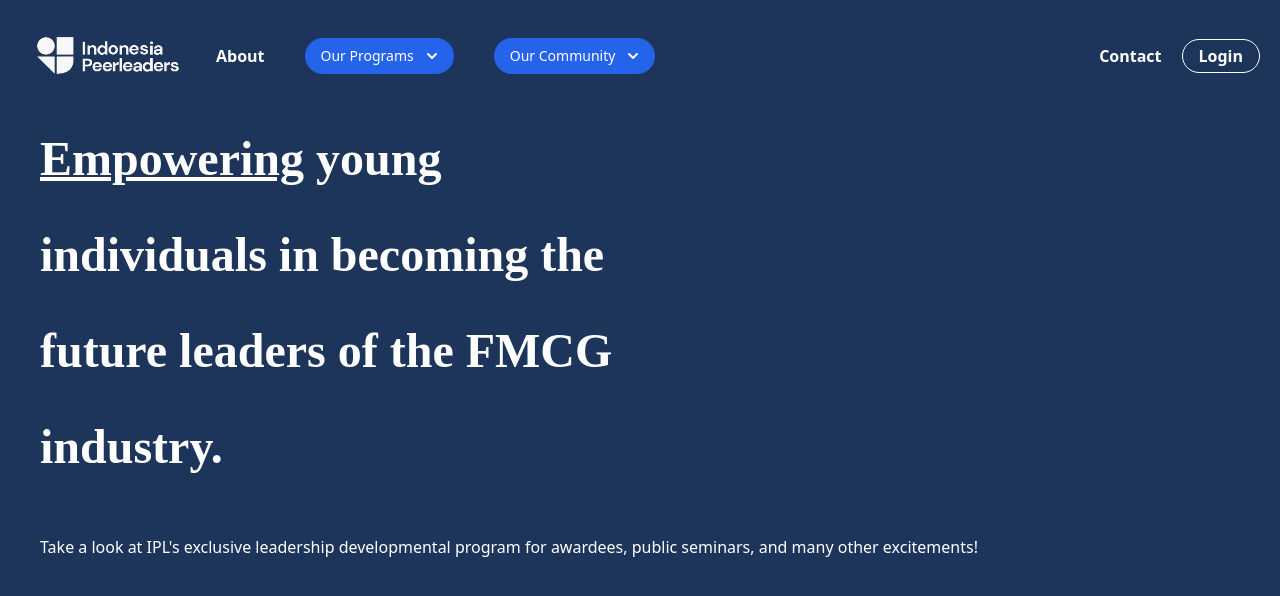
Repository: Delos-343/IPL-Website-Dev
Page: /
These files come from the project's save history. The page is drawn as it stood at one moment and after the next save; the edit follows.
The browser window is 1280 px wide. The pictures show the whole page.
The project was rebuilt for these pictures with package versions that can differ from the ones it lists, and the page was loaded fresh each time. The framework's server and built-in components were replaced by stand-ins that run in the browser. Also part of the build but not shown: next.config.js.

Above is the page before, as saved 2022-04-25 17:21:58.

### pages/index.tsx
import type { NextPage } from 'next'
import Head from 'next/head'
import Ellipse from '../components/Ellipse'
import Header from '../components/Header'
import Hero from '../components/Hero'

const Home: NextPage = () => {
  return (
    <div className="bg-[#1e355b] w-full h-screen">
      <Head>
        <title>IPL | Indonesia Peerleaders</title>
        <link rel="icon" href="/logo-title.png" />
      </Head>

      {/* Fill with components or routes here */}
      <Header />
      <Hero />

    </div>
  )
}

export default Home

### styles/globals.css
@tailwind base;
@tailwind components;
@tailwind utilities;

@import url('https://fonts.googleapis.com/css2?family=Poppins:wght@200;300;400;500;600;700&display=swap');
@import url('https://fonts.googleapis.com/css2?family=Montserrat:wght@200;300;400;500;600;700&display=swap');

@layer base {
    html {
      font-family: Montserrat, Poppins, Proxima Nova, system-ui, sans-serif;
    }
}

### components/Header.tsx
import Link from 'next/link'
import React from 'react'
import DropdownOne from './DropdownOne'
import DropdownTwo from './DropdownTwo'

function Header() {
  return (
    <header className='flex justify-between p-5 max-w-7xl mx-auto bg-0 backdrop-blur-md'>
        <div className='flex items-center space-x-5'>
            <Link href='/'>
                <img
                    className='w-44 object-contain cursor-pointer'
                    src='./IPL_LOGO-15.png'
                    alt='logo'
                />
            </Link>
            <div className='hidden md:inline-flex items-center space-x-10 text-white font-semibold'>
                <h3>
                    <a href="#" className='hover:text-blue-600'> About </a>
                </h3>
                <DropdownOne />
                <DropdownTwo />
            </div>
        </div>

        <div className='flex items-center space-x-5 text-white hover:text-blue-60 font-semibold'>
            <h3>
                <a href="#" className='hover:text-blue-600'> Contact </a>
            </h3>
            <h3 className='border px-4 py-1 rounded-full border-white hover:bg-blue-600 hover:text-white'>
            <   a href="#"> Login </a>
            </h3>
        </div>
    </header>
  )
}

export default Header

### components/Hero.tsx
import React from 'react'

function Hero() {
  return (
    <div>
      <div className='text-white flex justify-between items-center py-10 lg:py-0'>
        <div className='px-10 space-y-10'>
          <h1 className="text-5xl max-w-xl leading-loose font-['Poppins'] font-semibold">
            <span className='underline decoration-white decoration-4'>
              Empowering
            </span>{" "}
              young individuals in becoming the future leaders of the FMCG industry.
          </h1>
          <h2>
            Take a look at IPL's exclusive leadership developmental program for awardees, public seminars, and many other excitements!
          </h2>
        </div>

        <div></div>

      </div>
    </div>
  )
}

export default Hero

### components/DropdownOne.tsx
import { React, Fragment } from 'react'
import { Menu, Transition } from '@headlessui/react'
import { ChevronDownIcon } from '@heroicons/react/solid'

function classNames(...classes) {
  return classes.filter(Boolean).join(' ')
}

function DropdownOne() {
  return (
    <Menu as="div" className="relative inline-block text-left">
      <div>
        <Menu.Button className="inline-flex justify-center w-full rounded-full shadow-sm px-4 py-2 bg-blue-600 text-sm font-medium text-white hover:bg-0 focus:outline-none focus:ring-2 focus:ring-offset-2 focus:ring-offset-gray-100 focus:ring-indigo-500">
          Our Programs
          <ChevronDownIcon className="-mr-1 ml-2 h-5 w-5" aria-hidden="true" />
        </Menu.Button>
      </div>

      <Transition
        as={Fragment}
        enter="transition ease-out duration-100"
        enterFrom="transform opacity-0 scale-95"
        enterTo="transform opacity-100 scale-100"
        leave="transition ease-in duration-75"
        leaveFrom="transform opacity-100 scale-100"
        leaveTo="transform opacity-0 scale-95"
      >
        <Menu.Items className="origin-top-right absolute right-0 mt-2 w-56 rounded-md shadow-lg bg-blue-600 ring-1 ring-black ring-opacity-5 focus:outline-none">
          <div className="py-1">
            <Menu.Item>
              {({ active }) => (
                <a
                  href="#"
                  className={classNames(
                    active ? 'bg-gray-100 text-gray-500' : 'text-white',
                    'block px-4 py-2 text-sm'
                  )}
                >
                  Upcoming Events
                </a>
              )}
            </Menu.Item>
            <Menu.Item>
              {({ active }) => (
                <a
                  href="#"
                  className={classNames(
                    active ? 'bg-gray-100 text-gray-500' : 'text-white',
                    'block px-4 py-2 text-sm'
                  )}
                >
                  Peers on Air
                </a>
              )}
            </Menu.Item>
            <Menu.Item>
              {({ active }) => (
                <a
                  href="#"
                  className={classNames(
                    active ? 'bg-gray-100 text-gray-500' : 'text-white',
                    'block px-4 py-2 text-sm'
                  )}
                >
                  Peers Conference
                </a>
              )}
            </Menu.Item>
            <Menu.Item>
              {({ active }) => (
                <a
                  href="#"
                  className={classNames(
                    active ? 'bg-gray-100 text-gray-500' : 'text-white',
                    'block px-4 py-2 text-sm'
                  )}
                >
                  Core Programs
                </a>
              )}
            </Menu.Item>
          </div>
        </Menu.Items>
      </Transition>
    </Menu>
  )
}

export default DropdownOne

### components/DropdownTwo.tsx
import { React, Fragment } from 'react'
import { Menu, Transition } from '@headlessui/react'
import { ChevronDownIcon } from '@heroicons/react/solid'

function classNames(...classes) {
  return classes.filter(Boolean).join(' ')
}

function DropdownTwo() {
  return (
    <Menu as="div" className="relative inline-block text-left">
      <div>
        <Menu.Button className="inline-flex justify-center w-full rounded-full shadow-sm px-4 py-2 bg-blue-600 text-sm font-medium text-white hover:bg-0 focus:outline-none focus:ring-2 focus:ring-offset-2 focus:ring-offset-gray-100 focus:ring-indigo-500">
          Our Community
          <ChevronDownIcon className="-mr-1 ml-2 h-5 w-5" aria-hidden="true" />
        </Menu.Button>
      </div>

      <Transition
        as={Fragment}
        enter="transition ease-out duration-100"
        enterFrom="transform opacity-0 scale-95"
        enterTo="transform opacity-100 scale-100"
        leave="transition ease-in duration-75"
        leaveFrom="transform opacity-100 scale-100"
        leaveTo="transform opacity-0 scale-95"
      >
        <Menu.Items className="origin-top-right absolute right-0 mt-2 w-56 rounded-md shadow-lg bg-blue-600 ring-1 ring-black ring-opacity-5 focus:outline-none">
          <div className="py-1">
            <Menu.Item>
              {({ active }) => (
                <a
                  href="#"
                  className={classNames(
                    active ? 'bg-gray-100 text-gray-500' : 'text-white',
                    'block px-4 py-2 text-sm'
                  )}
                >
                  Ongoing Events
                </a>
              )}
            </Menu.Item>
            <Menu.Item>
              {({ active }) => (
                <a
                  href="#"
                  className={classNames(
                    active ? 'bg-gray-100 text-gray-500' : 'text-white',
                    'block px-4 py-2 text-sm'
                  )}
                >
                  Awardees' Corner
                </a>
              )}
            </Menu.Item>
            <Menu.Item>
              {({ active }) => (
                <a
                  href="#"
                  className={classNames(
                    active ? 'bg-gray-100 text-gray-500' : 'text-white',
                    'block px-4 py-2 text-sm'
                  )}
                >
                  Mentor's Cafe
                </a>
              )}
            </Menu.Item>
            <Menu.Item>
              {({ active }) => (
                <a
                  href="#"
                  className={classNames(
                    active ? 'bg-gray-100 text-gray-500' : 'text-white',
                    'block px-4 py-2 text-sm'
                  )}
                >
                  Peers on Campus
                </a>
              )}
            </Menu.Item>
          </div>
        </Menu.Items>
      </Transition>
    </Menu>
  )
}

export default DropdownTwo

Loaded but not shown: pages/_app.tsx (common file); tailwind.config.js (common file)

After the next save:
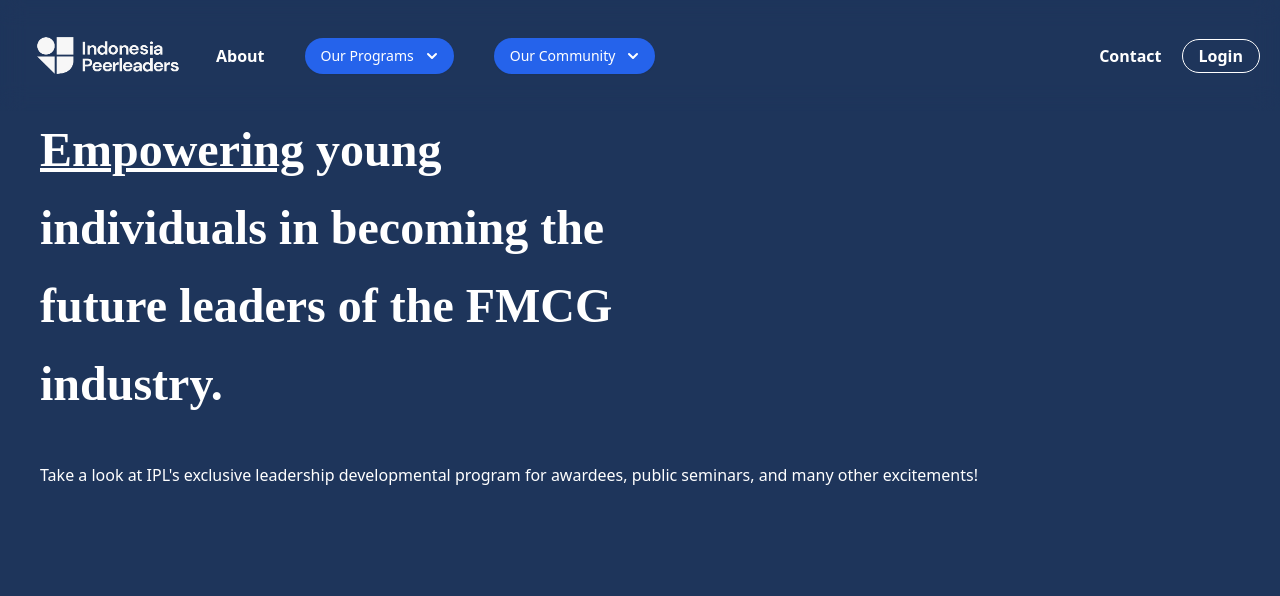
Saved 13 s later.
--- a/components/Hero.tsx
+++ b/components/Hero.tsx
@@ -5,7 +5,7 @@
     <div>
       <div className='text-white flex justify-between items-center py-10 lg:py-0'>
         <div className='px-10 space-y-10'>
-          <h1 className="text-5xl max-w-xl leading-loose font-['Poppins'] font-semibold">
+          <h1 className="text-5xl max-w-xl leading-relaxed font-['Poppins'] font-semibold">
             <span className='underline decoration-white decoration-4'>
               Empowering
             </span>{" "}
